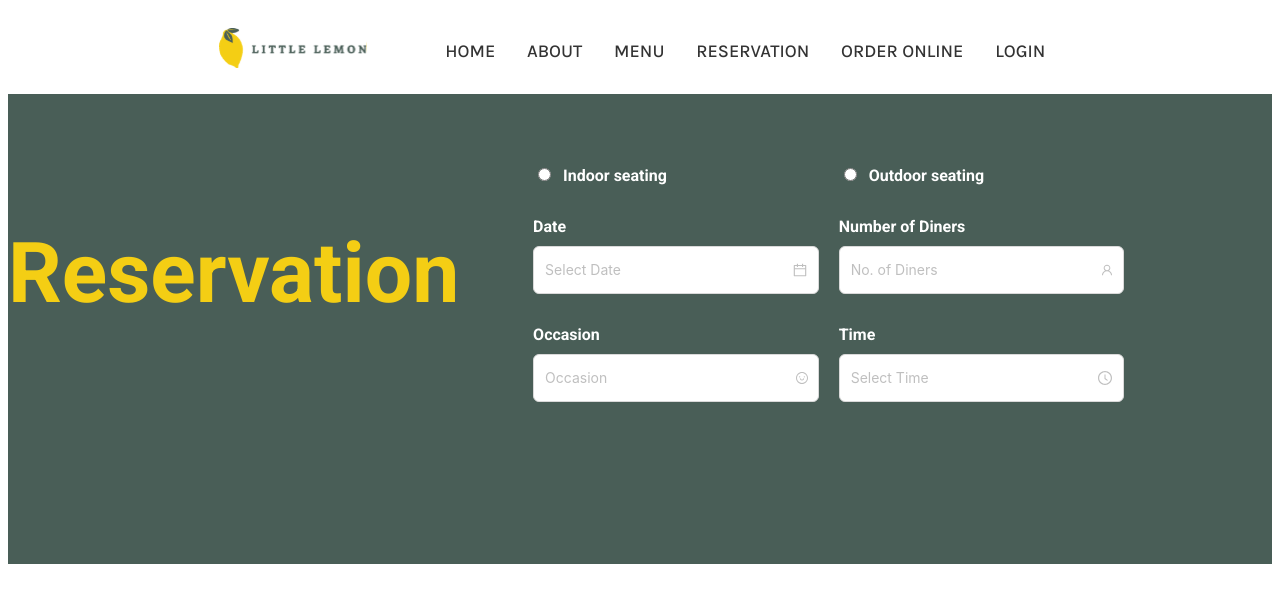
Repository: Yeshwanth-189/little-lemon
Page: /reservation (app in little-lemon/)
The author's editor kept a copy of each file at every save. The page is drawn from the files as they stood at one save, then again after the next save.
The browser window is 1280 px wide. The pictures show the whole page.
The project was rebuilt for these pictures with package versions that can differ from the ones it lists, and the page was loaded fresh each time. Also part of the build but not shown: little-lemon/src/index.css, little-lemon/src/components/Hero/Hero.css, little-lemon/src/components/Hero/Hero.jsx, little-lemon/src/components/Specials/Specials.css, little-lemon/src/components/Specials/Specials.jsx, little-lemon/src/components/Testimonials/Testimonials.css, little-lemon/src/components/Testimonials/Testimonials.jsx, little-lemon/src/components/About/About.css and 3 more.

Above is the page before, as saved 2025-04-26 22:41:01.

### little-lemon/public/index.html
<!DOCTYPE html>
<html lang="en">
  <head>
    <meta charset="utf-8" />
    <link rel="icon" href="%PUBLIC_URL%/Logo.png" />
    <meta name="viewport" content="width=device-width, initial-scale=1" />
    <meta name="theme-color" content="#000000" />
    <meta
      name="description"
      content="Little Lemon is a family-run Mediterranean restaurant in Chicago, IL."
    />
    <meta name="og:image" content="%PUBLIC_URL%/Logo.png" />
    <meta name="og:title" content="Little-Lemon Restaurant" />
    <link rel="apple-touch-icon" href="%PUBLIC_URL%/Logo.png" />
    <!--
      manifest.json provides metadata used when your web app is installed on a
      user's mobile device or desktop. See https://developers.google.com/web/fundamentals/web-app-manifest/
    -->
    <link rel="manifest" href="%PUBLIC_URL%/manifest.json" />
    <!--
      Notice the use of %PUBLIC_URL% in the tags above.
      It will be replaced with the URL of the `public` folder during the build.
      Only files inside the `public` folder can be referenced from the HTML.

      Unlike "/favicon.ico" or "favicon.ico", "%PUBLIC_URL%/favicon.ico" will
      work correctly both with client-side routing and a non-root public URL.
      Learn how to configure a non-root public URL by running `npm run build`.
    -->
    <title>Little Lemon</title>
    <link rel="stylesheet" href="%PUBLIC_URL%/index.css" />
    <link rel="preconnect" href="https://fonts.googleapis.com" />
    <link rel="preconnect" href="https://fonts.gstatic.com" crossorigin />
    <link
      href="https://fonts.googleapis.com/css2?family=Karla:ital,wght@0,200..800;1,200..800&display=swap"
      rel="stylesheet"
    />
    <link rel="preconnect" href="https://fonts.googleapis.com" />
    <link rel="preconnect" href="https://fonts.gstatic.com" crossorigin />
    <link
      href="https://fonts.googleapis.com/css2?family=Karla:ital,wght@0,200..800;1,200..800&family=Roboto:ital,wght@0,100..900;1,100..900&display=swap"
      rel="stylesheet"
    />
  </head>
  <body>
    <noscript>You need to enable JavaScript to run this app.</noscript>
    <div id="root"></div>
    <!--
      This HTML file is a template.
      If you open it directly in the browser, you will see an empty page.

      You can add webfonts, meta tags, or analytics to this file.
      The build step will place the bundled scripts into the <body> tag.

      To begin the development, run `npm start` or `yarn start`.
      To create a production bundle, use `npm run build` or `yarn build`.
    -->
  </body>
</html>

### little-lemon/src/App.js
import React from "react";
import { BrowserRouter as Router, Routes, Route } from "react-router-dom";
import Nav from "./components/Navigation/NavBar";
import Hero from "./components/Hero/Hero";
import Specials from "./components/Specials/Specials";
import Testimonials from "./components/Testimonials/Testimonials";
import About from "./components/About/About";
import Footer from "./components/Footer/Footer";
import Reservation from "./components/Reservation/Reservation";

function Home() {
  return (
    <div>
      <Hero />
      <Specials />
      <Testimonials />
      <About />
      <Footer />
    </div>
  );
}

function Menu() {
  return <h1>Menu Page</h1>;
}

function App() {
  return (
    <Router>
      <Nav />
      <Routes>
        <Route path="/" element={<Home />} />
        <Route path="/menu" element={<Menu />} />
        <Route path="/about" element={<About />} />
        <Route path="/reservation" element={<Reservation />} />
      </Routes>
    </Router>
  );
}

export default App;

### little-lemon/src/components/Navigation/NavBar.jsx
import React from "react";
import { Link as RouterLink } from "react-router-dom";
import { Link as ScrollLink } from "react-scroll";
import Logo from "../../assets/Logo.svg";
import "./NavBar.css";

function Nav() {
  return (
    <nav className="nav-grid">
      {/* Empty 1-2 columns */}
      <div className="nav-empty"></div>

      {/* Logo 3-4 */}
      <div className="nav-logo">
        <img src={Logo} alt="Little Lemon Logo" />
      </div>

      {/* Nav links 5-10 */}
      <div className="nav-links">
        <RouterLink to="/">HOME</RouterLink>
        <ScrollLink
          to="about"
          smooth={true}
          duration={1000}
          offset={-70} // Adjust if your NavBar is sticky
        >
          ABOUT
        </ScrollLink>
        <RouterLink to="/menu">MENU</RouterLink>
        <RouterLink to="/reservation">RESERVATION</RouterLink>
        <RouterLink to="/order-online">ORDER ONLINE</RouterLink>
        <RouterLink to="/login">LOGIN</RouterLink>
      </div>

      {/* Empty 11-12 columns */}
      <div className="nav-empty"></div>
    </nav>
  );
}

export default Nav;

### little-lemon/src/components/Reservation/Reservation.jsx
import React from "react";
import { Select, DatePicker, TimePicker } from "antd";
import {
  UserOutlined,
  CalendarOutlined,
  ClockCircleOutlined,
  SmileOutlined,
} from "@ant-design/icons";
import "./Reservation.css";

const { Option } = Select;

function Reservation() {
  return (
    <section className="reservation-grid">
      {/* Empty margin */}
      <div className="reservation-empty"></div>
      <div className="reservation-heading">
        <h1>Reservation</h1>
      </div>
      {/* Main Form */}
      <div className="reservation-main">
        {/* Row 1: Radio buttons */}
        <div className="reservation-row">
          <div className="reservation-col">
            <label>
              <input type="radio" name="seating" value="indoor" /> Indoor
              seating
            </label>
          </div>
          <div className="reservation-col">
            <label>
              <input type="radio" name="seating" value="outdoor" /> Outdoor
              seating
            </label>
          </div>
        </div>
        {/* Row 2: Date and Number of Diners */}
        <div className="reservation-row">
          <div className="reservation-col">
            <label>Date</label>
            <DatePicker
              suffixIcon={<CalendarOutlined />}
              style={{ width: "100%", height: "3rem" }}
              placeholder="Select Date"
            />
          </div>
          <div className="reservation-col">
            <label>Number of Diners</label>
            <Select
              placeholder="No. of Diners"
              suffixIcon={<UserOutlined />}
              style={{ width: "100%", height: "3rem" }}
            >
              <Option value="1">2</Option>
              <Option value="2">4</Option>
              <Option value="3">6</Option>
              <Option value="4">8</Option>
            </Select>
          </div>
        </div>

        {/* Row 3: Occasion and Time */}
        <div className="reservation-row">
          <div className="reservation-col">
            <label>Occasion</label>
            <Select
              placeholder="Occasion"
              suffixIcon={<SmileOutlined />}
              style={{ width: "100%", height: "3rem" }}
            >
              <Option value="birthday">Birthday</Option>
              <Option value="anniversary">Anniversary</Option>
              <Option value="other">Engagement</Option>
            </Select>
          </div>
          <div className="reservation-col">
            <label>Time</label>
            <TimePicker
              suffixIcon={<ClockCircleOutlined />}
              style={{ width: "100%", height: "3rem" }}
              use12Hours
              format="h:mm A"
              placeholder="Select Time"
            />
          </div>
        </div>
      </div>

      {/* Empty margin */}
      <div className="reservation-empty"></div>
    </section>
  );
}

export default Reservation;

### little-lemon/src/components/Navigation/NavBar.css
.nav-grid {
  display: grid;
  grid-template-columns: repeat(12, 1fr);
  align-items: center;
  background-color: white;
  padding: 20px 0;
  position: sticky;
  top: 0;
  z-index: 10;
  font-family: "karla", sans-serif;
  font-size: 20px;
  font-weight: 700;
}

/* Empty columns for margins */
.nav-empty {
  grid-column: span 2;
}

/* Logo */
.nav-logo {
  grid-column: span 2;
  font-size: 24px;
  font-weight: bold;
  color: #495e57;
}

.nav-logo a {
  text-decoration: none;
  color: inherit;
}

/* Links */
.nav-links {
  grid-column: span 6;
  display: flex;
  justify-content: space-around;
  align-items: center;
}

.nav-links a {
  text-decoration: none;
  color: #333;
  font-size: 18px;
  font-weight: 500;
}

.nav-links a:hover {
  color: #f4ce14;
}

/* MOBILE RESPONSIVE */
@media (max-width: 768px) {
  .nav-grid {
    grid-template-columns: repeat(4, 1fr);
    padding: 10px 0;
  }

  .nav-empty {
    display: none; /* No margin on mobile */
  }

  .nav-logo {
    grid-column: span 2;
    font-size: 20px;
    text-align: left;
    padding-left: 10px;
  }

  .nav-links {
    grid-column: span 2;
    display: flex;
    flex-direction: column; /* Stack links vertically */
    gap: 10px;
    align-items: flex-end;
    padding-right: 10px;
  }

  .nav-links a {
    font-size: 16px;
  }
}

### little-lemon/src/components/Reservation/Reservation.css
.reservation-grid {
  display: grid;
  grid-template-columns: repeat(12, 1fr);
  width: 100%;
  max-width: 1440px;
  margin: 0 auto;
  min-height: 350px;
  padding: 60px 0;
  background-color: #495e57; /* Background like your Figma */
  color: white;
}
.reservation-heading {
  font-size: 56px;
  margin-bottom: 2%;
  color: #f4ce14;
  font-family: "roboto", sans-serif;
}
/* Empty margins */
.reservation-empty {
  display: none;
}

/* Main Section (3-10 columns) */
.reservation-main {
  grid-column: 3 / span 8;
  display: flex;
  flex-direction: column;
  gap: 20px;
}

/* Each Row */
.reservation-row {
  display: flex;
  justify-content: space-between;
  gap: 20px;
}

/* Each Column inside Row */
.reservation-col {
  flex: 1;
  display: flex;
  flex-direction: column;
  gap: 10px;
  font-family: "roboto", sans-serif;
  font-size: 20px;
}

/* Inputs and Selects */
.reservation-col input[type="radio"] {
  margin-right: 8px;
}

.reservation-col select {
  padding: 10px;
  border-radius: 8px;
  border: none;
  font-size: 16px;
}

/* Labels */
.reservation-col label {
  font-size: 16px;
  font-weight: bold;
  margin-top: 4%;
}

/* MOBILE RESPONSIVE */
@media (max-width: 768px) {
  .reservation-grid {
    grid-template-columns: repeat(4, 1fr);
    padding: 30px 0;
  }

  .reservation-main {
    grid-column: 1 / span 4;
  }

  .reservation-row {
    flex-direction: column;
  }
}

Loaded but not shown: little-lemon/src/index.js (common file); little-lemon/src/reportWebVitals.js (common file); little-lemon/public/index.css (common file)

After the next save:
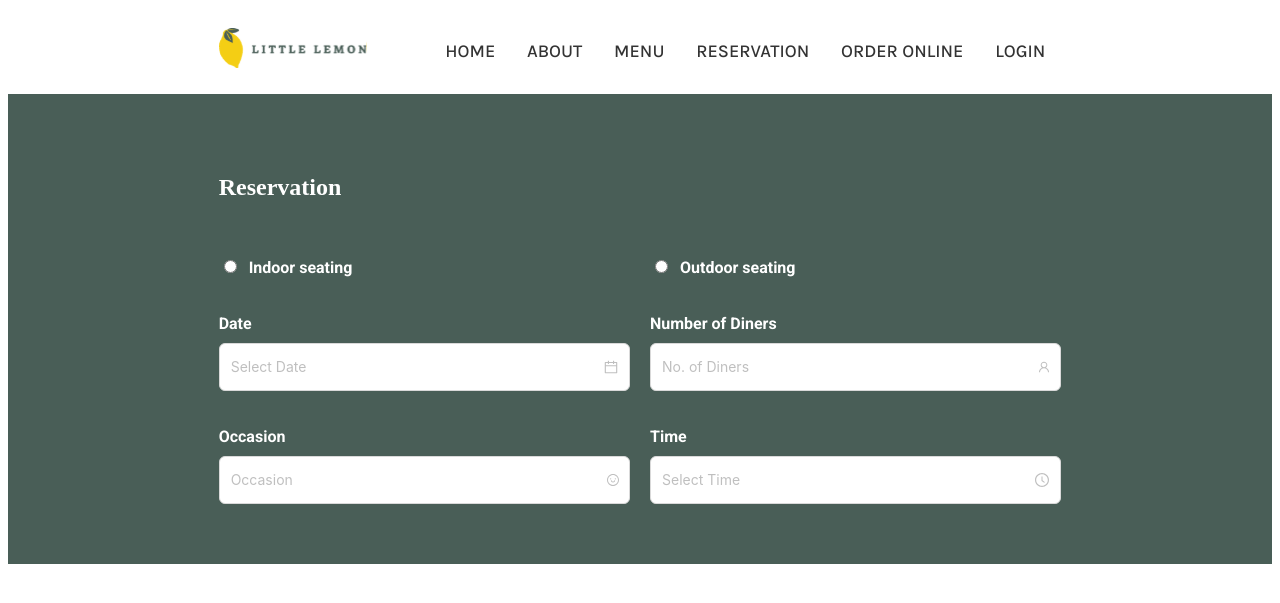
Saved 38 s later.
--- a/little-lemon/src/components/Reservation/Reservation.jsx
+++ b/little-lemon/src/components/Reservation/Reservation.jsx
@@ -15,12 +15,11 @@ function Reservation() {
     <section className="reservation-grid">
       {/* Empty margin */}
       <div className="reservation-empty"></div>
-      <div className="reservation-heading">
-        <h1>Reservation</h1>
-      </div>
+
       {/* Main Form */}
       <div className="reservation-main">
         {/* Row 1: Radio buttons */}
+        <h1>Reservation</h1>
         <div className="reservation-row">
           <div className="reservation-col">
             <label>
